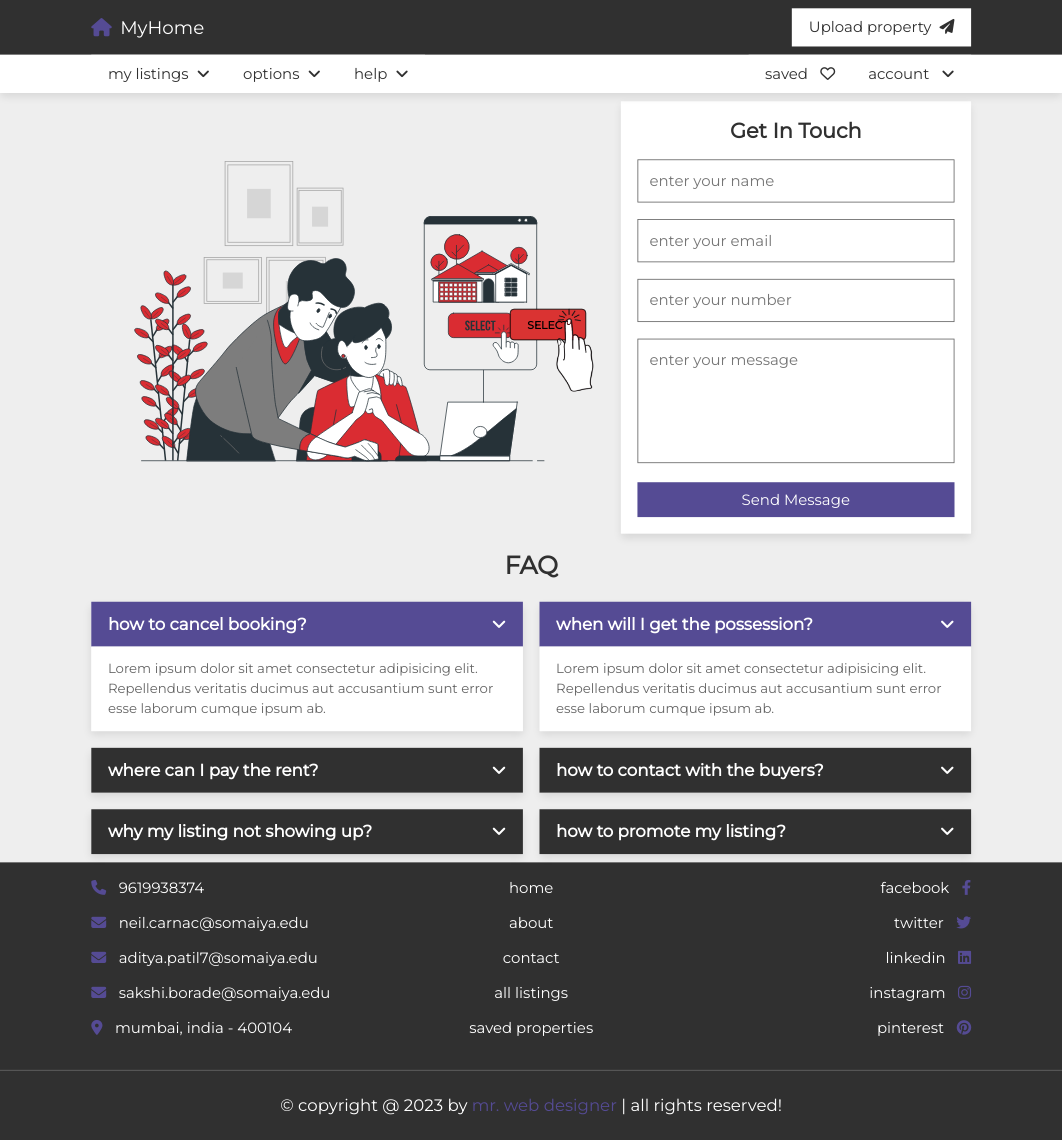
Repository: adi-tya999/wpl-project-realestatewebsite-main
Page: http://localhost/project/contact.php
These files come from the project's save history. The page is drawn as it stood at one moment and after the next save; the edit follows.
The browser window is 1280 px wide. The pictures show the whole page, at 83% of full size.
The page is run by PHP 8.4 with error messages shown; the project is at /var/www/html/.

Above is the page before, as saved 2023-04-29 17:08:40.

After the next save:
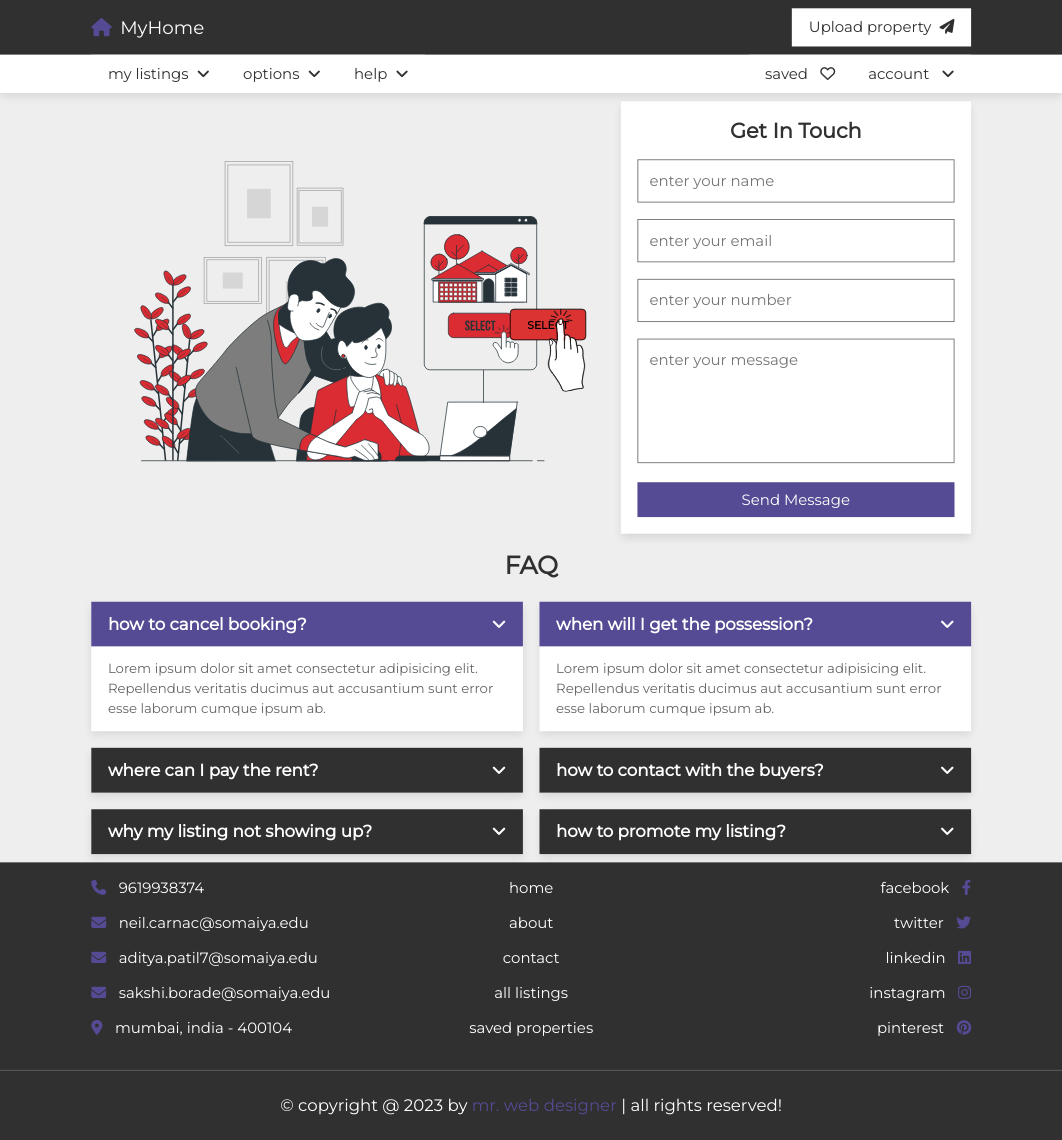
Saved 6 s later.
--- a/project/contact.php
+++ b/project/contact.php
@@ -91,7 +91,7 @@ if(isset($_POST['send'])){
          height:100px ;
          width:45px ;
          margin-top: 260px;
-         margin-left: 670px;
+         margin-left: 660px;
          z-index: 2;
       }
 	</style>
